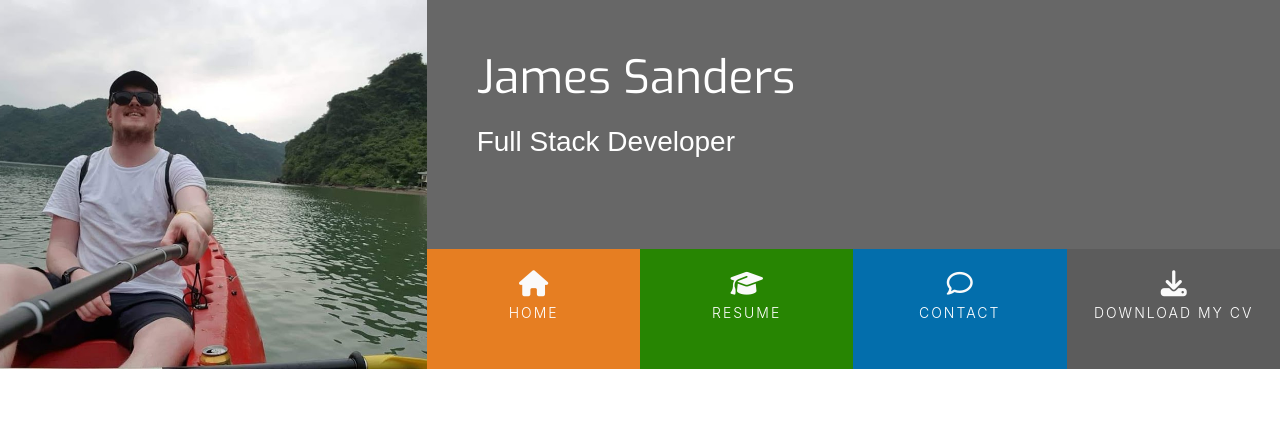
Repository: JaySanders95/my-online-resume
Page: index.html
These files come from the project's save history. The page is drawn as it stood at one moment and after the next save; the edit follows.
The browser window is 1280 px wide. The pictures show the whole page.
Some web fonts or font styles are not loaded; a fallback is used. Some web libraries are served in a nearby version.

Above is the page before, as saved 2023-04-19 17:32:09.

After the next save:
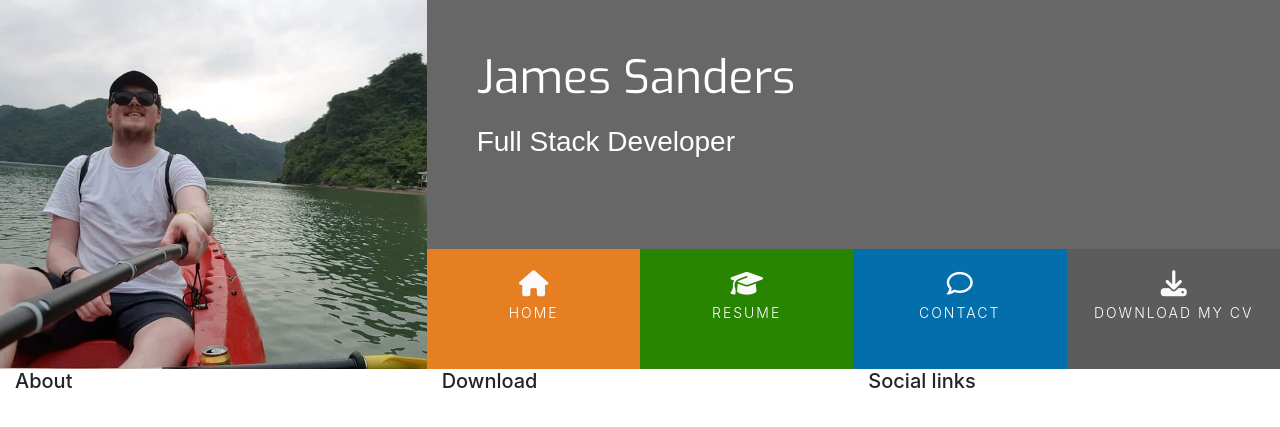
Saved 2 min 0 s later.
--- a/index.html
+++ b/index.html
@@ -48,7 +48,18 @@
     <section>
 
     </section>
-    <footer>
+    <footer class="container-fluid">
+        <div class="row">
+            <div class="col-sm-4">
+                <h5>About</h5>
+            </div>
+            <div class="col-sm-4">
+                <h5>Download</h5>
+            </div>
+            <div class="col-sm-4">
+                <h5>Social links</h5>
+            </div>
+        </div>
 
     </footer>
     <script src="https://kit.fontawesome.com/c80cd6a143.js" crossorigin="anonymous"></script>
